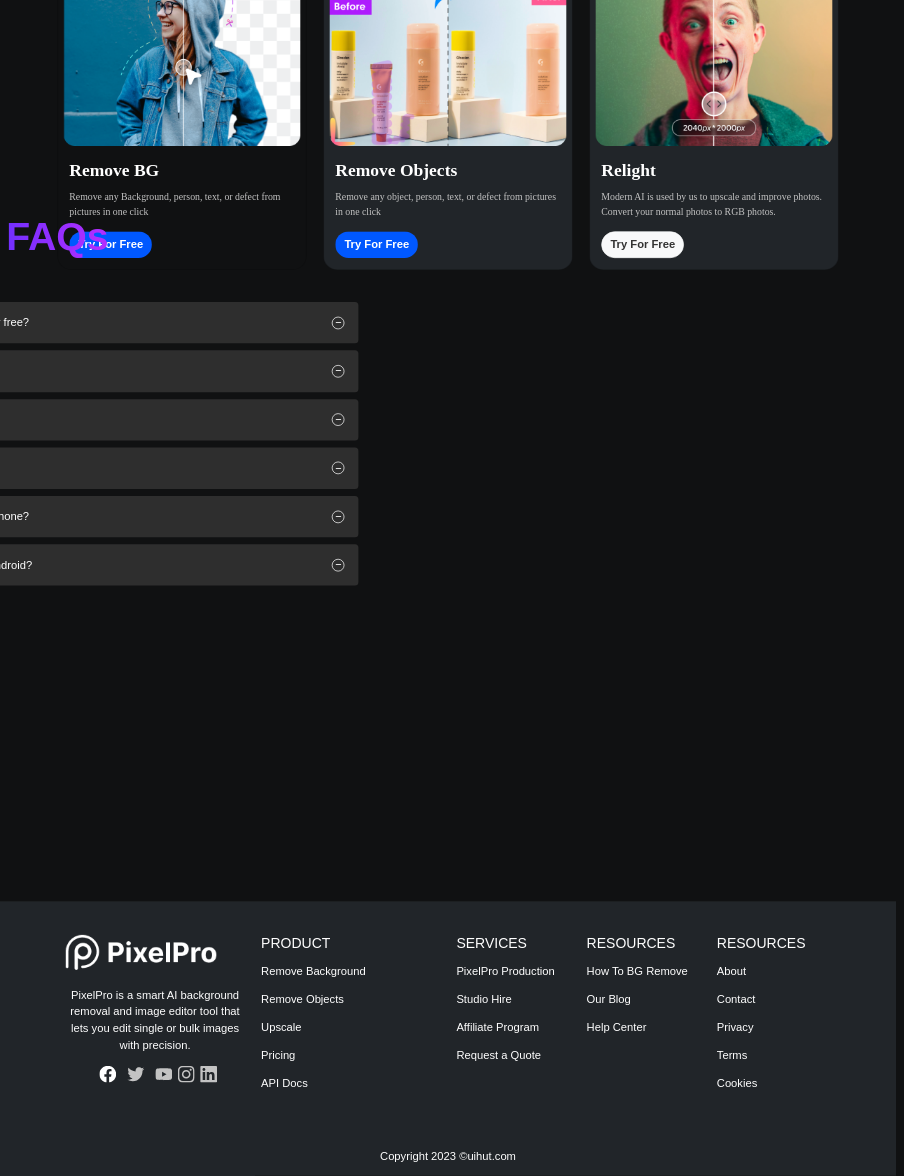
Repository: LuongTienThinh/lvh
Page: Relight Design/index.html
The author's editor kept a copy of each file at every save. The page is drawn from the files as they stood at one save, then again after the next save.
The browser window is 1280 px wide. The page is 1292 px wide, so the pictures cover 1292 px, including what lies to the right of the window. The pictures show the part of the page from y = 2761 to 4641 px (the page is 4441 px tall before and 4641 px after), at 70% of full size.
Some web fonts or font styles are not loaded; a fallback is used.

Above is the page before, as saved 2023-11-30 11:01:29.

After the next save:
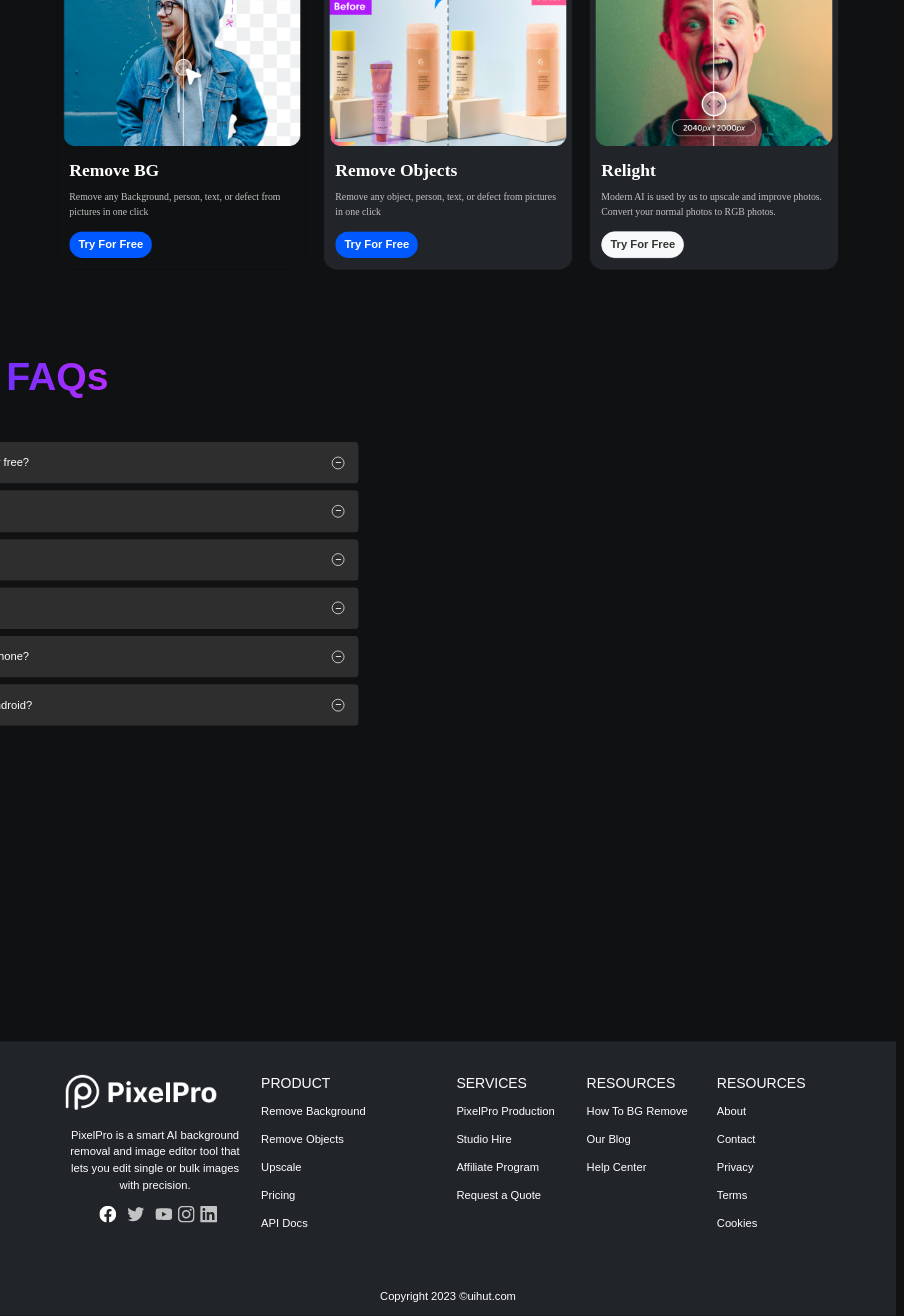
Saved 10 s later.
--- a/Relight Design/index.html
+++ b/Relight Design/index.html
@@ -177,7 +177,7 @@
         </div>
         </div>
         <section>
-          <div class="container" style="margin-top:200px;">
+          <div class="container" style="margin-top:400px;">
     <div class="faqs">
         <h2 class="title">FAQs</h2>
         <div class="accordion" id="accordionPanelsStayOpenExample">
